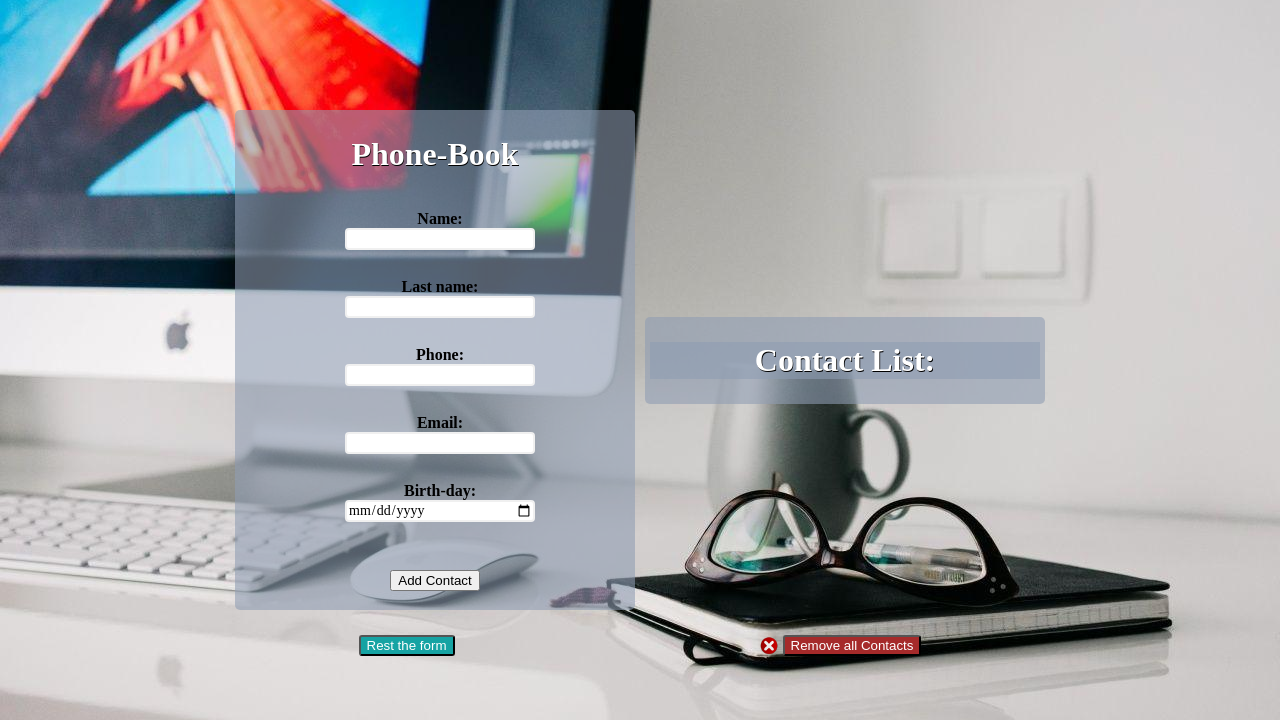
Repository: STA1357/Phone-book
Page: Inner.html
The author's editor kept a copy of each file at every save. The page is drawn from the files as they stood at one save, then again after the next save.
The browser window is 1280 px wide. The pictures show the whole page.

Above is the page before, as saved 2020-12-12 18:11:18.

After the next save:
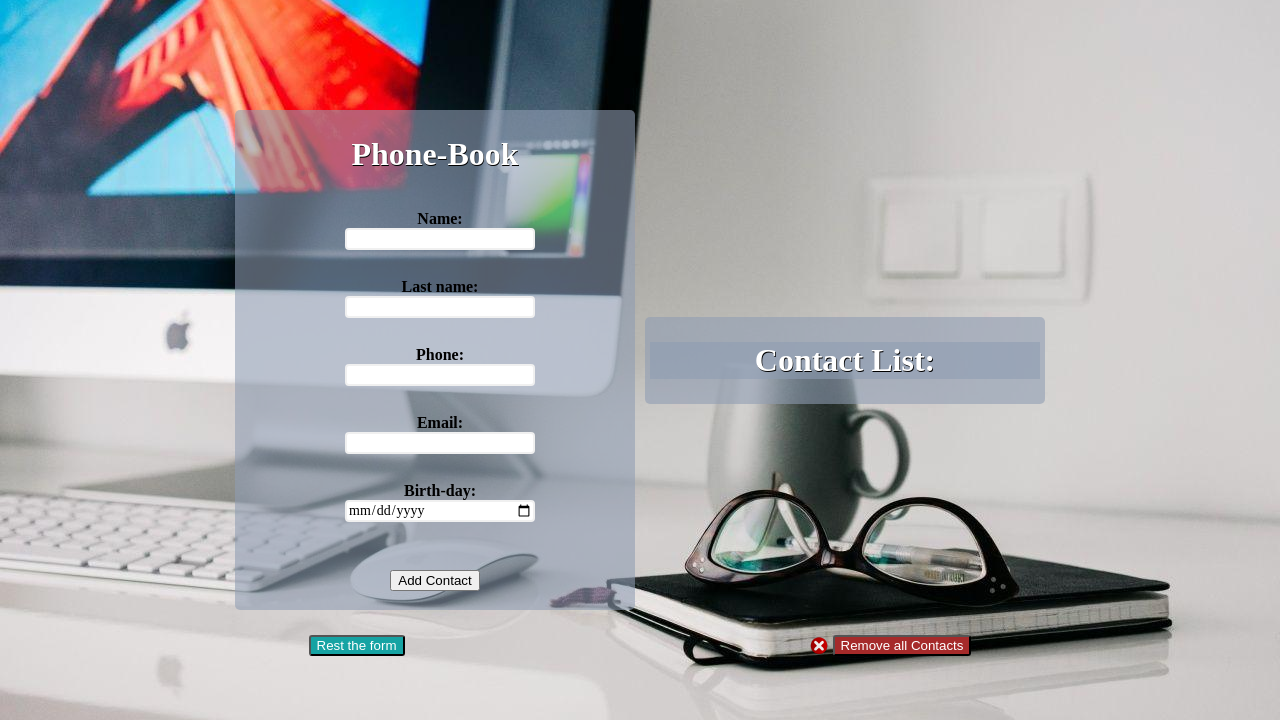
Saved 5 s later.
--- a/styles.css
+++ b/styles.css
@@ -95,7 +95,7 @@ label{
     background-color: rgb(22, 163, 163);
     text-align: center;
     color: white;
-    margin-right: 300px;
+    margin-right: 400px;
 }
 
 .delete-png{

After the save that followed:
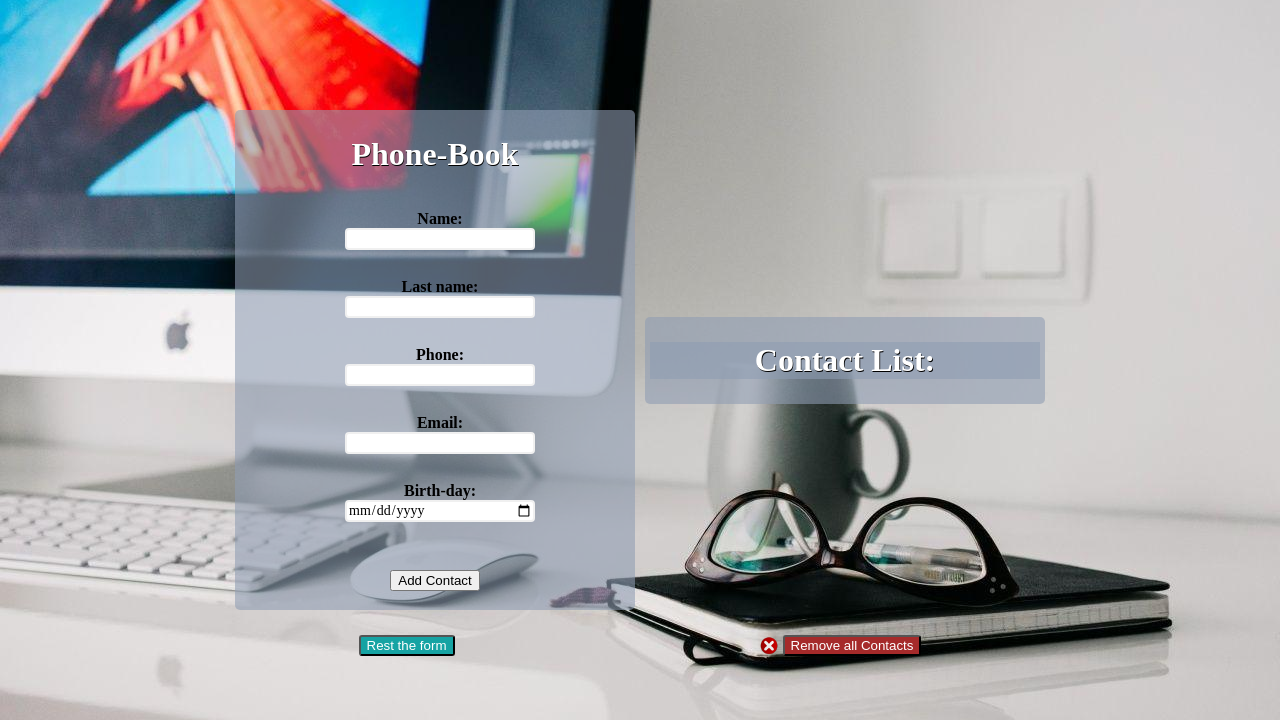
Saved 10 s later.
--- a/styles.css
+++ b/styles.css
@@ -95,7 +95,7 @@ label{
     background-color: rgb(22, 163, 163);
     text-align: center;
     color: white;
-    margin-right: 400px;
+    margin-right: 300px;
 }
 
 .delete-png{
